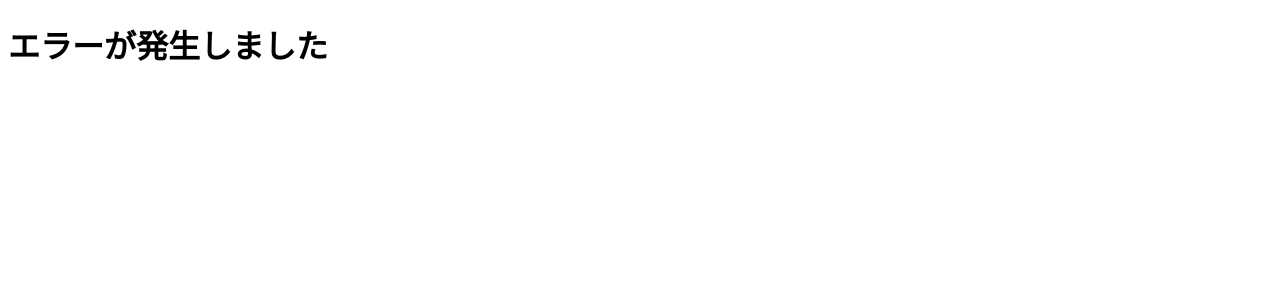
Repository: cha-git/test
Page: http://localhost/WebProj2/helloStrutsError.jsp
An editor plug-in stored every save of this project. The page is shown before and after a run of saves, followed by the edit.
The browser window is 1280 px wide. The pictures show the whole page.
The page is served by Tomcat 9. Other server files are loaded and not shown.

Above is the page before, as saved 2018-12-14 09:23:17.

### WebProj2/WebContent/helloStrutsError.jsp
<%@ page language="java" contentType="text/html; charset=UTF-8"
    pageEncoding="UTF-8"%>
<%@ taglib prefix="s" uri="/struts-tags" %>
<!DOCTYPE html PUBLIC "-//W3C//DTD HTML 4.01 Transitional//EN" "http://www.w3.org/TR/html4/loose.dtd">
<html>
<head>
	<meta http-equiv="Content-Type" content="text/html; charset=UTF-8">
	<title>HelloStrutsError</title>
</head>
<body>
<h1>エラーが発生しました</h1>
</body>
</html>

After the next 2 saves:
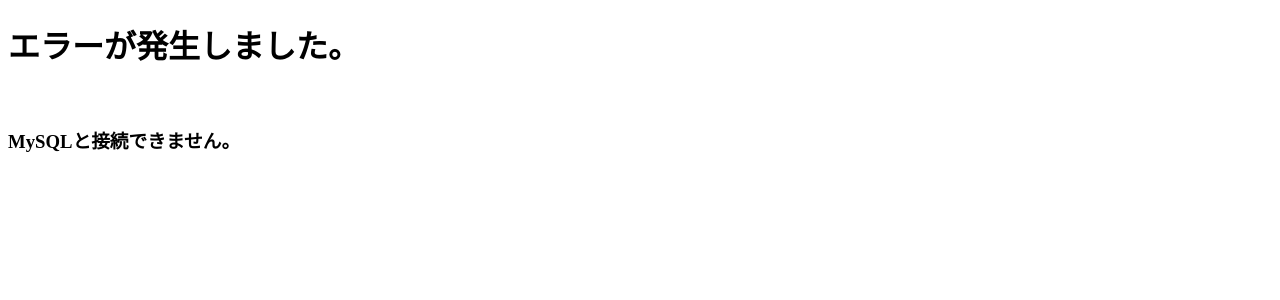
The 2 saves are shown as one change because they came seconds apart.
The last was saved 18 s later.
--- a/WebProj2/WebContent/helloStrutsError.jsp
+++ b/WebProj2/WebContent/helloStrutsError.jsp
@@ -8,6 +8,8 @@
 	<title>HelloStrutsError</title>
 </head>
 <body>
-<h1>エラーが発生しました</h1>
+<h1>エラーが発生しました。</h1>
+<br>
+<h3>MySQLと接続できません。</h3>
 </body>
 </html>
